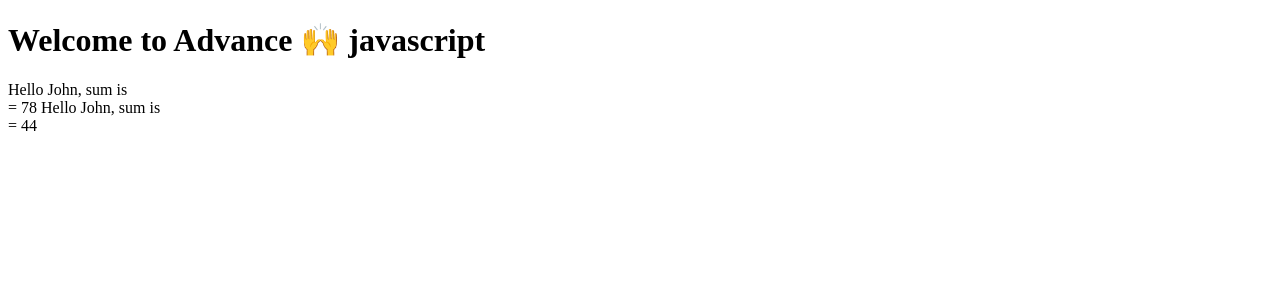
Repository: Gulzarokz/Advance_javascript
Page: index.html
These files come from the project's save history. The page is drawn as it stood at one moment and after the next save; the edit follows.
The browser window is 1280 px wide. The pictures show the whole page.

Above is the page before, as saved 2026-01-01 22:41:39.

After the next save:
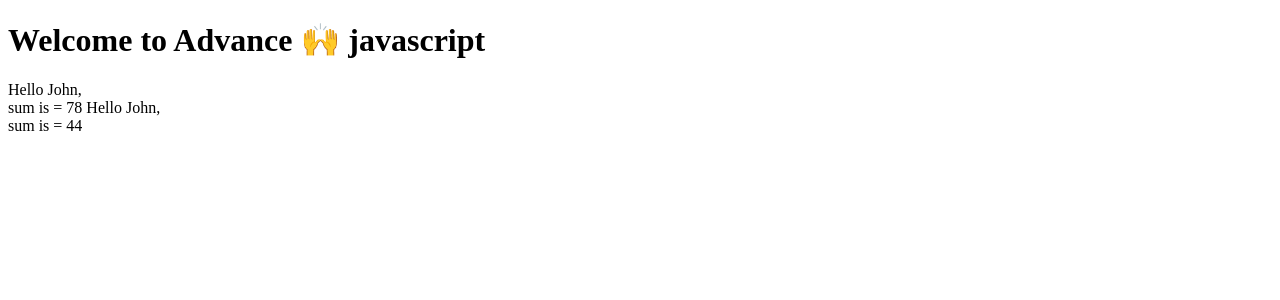
Saved 23 s later.
--- a/index.js
+++ b/index.js
@@ -196,7 +196,7 @@ function sum(name, ...args) {
         sum += args[i]
     }
     // console.log(sum);
-    document.writeln(`Hello ${name}, sum is <br> = ${sum}`);
+    document.writeln(`Hello ${name},<br> sum is  = ${sum}`);
 
 
 }
